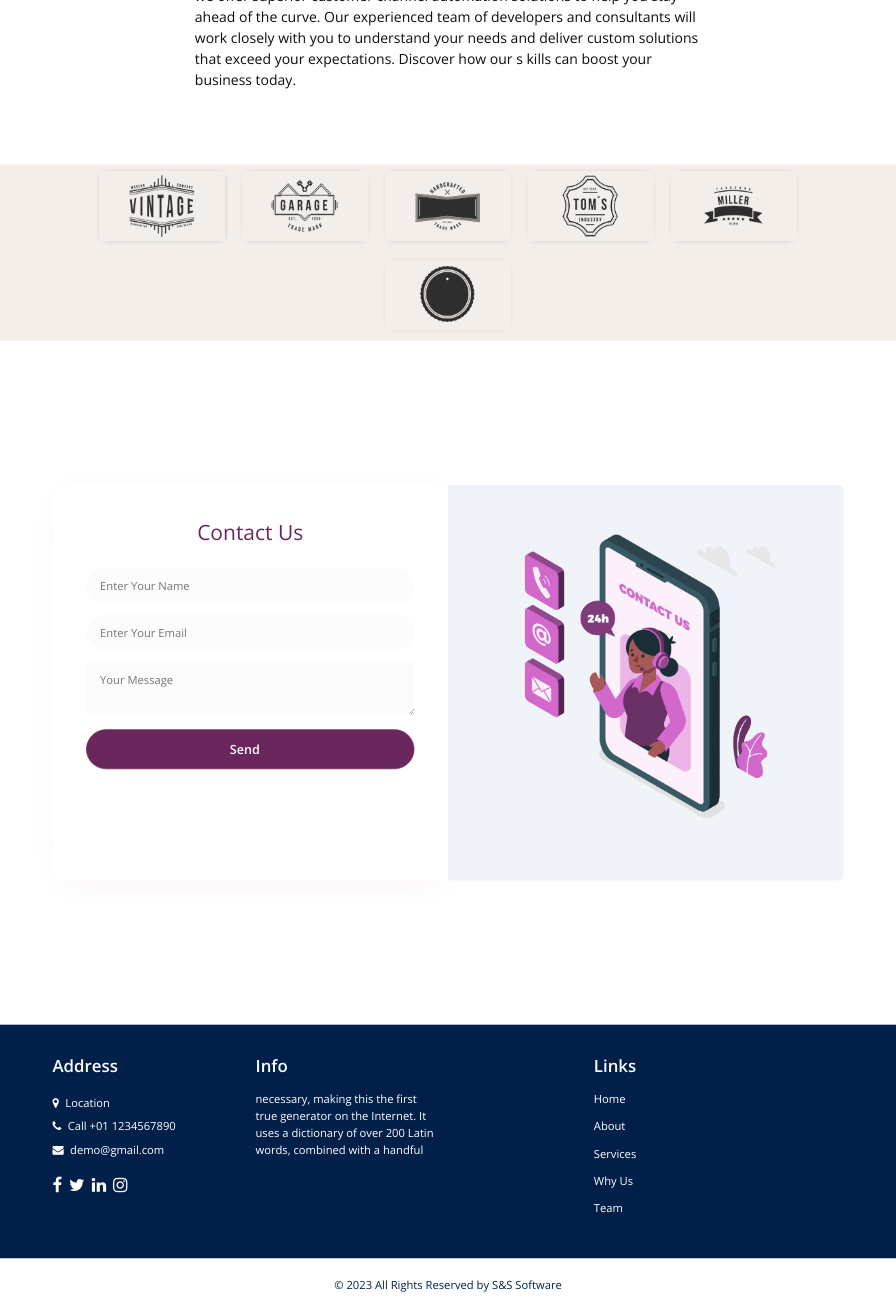
Repository: samuelsns/S-S-Software
Page: index.html
An editor plug-in stored every save of this project. The page is shown before and after the next save, followed by the edit.
The browser window is 1280 px wide. The pictures show the part of the page from y = 2977 to 4897 px (the page is 4849 px tall before and 5029 px after), at 70% of full size.

Above is the page before, as saved 2023-12-01 02:47:27.

### index.html
<!DOCTYPE html>
<html>
  <head>
    <!-- Basic -->
    <meta charset="utf-8" />
    <meta http-equiv="X-UA-Compatible" content="IE=edge" />
    <!-- Mobile Metas -->
    <meta
      name="viewport"
      content="width=device-width, initial-scale=1, shrink-to-fit=no"
    />
    <!-- Site Metas -->
    <meta name="keywords" content="" />
    <meta name="description" content="" />
    <meta name="author" content="" />
    <link rel="shortcut icon" href="images/favicon.png" type="" />

    <title>S&S</title>

    <!-- bootstrap core css -->
    <link rel="stylesheet" type="text/css" href="css/bootstrap.css" />

    <!-- fonts style -->
    <link
      href="https://fonts.googleapis.com/css2?family=Roboto:wght@400;500;700;900&display=swap"
      rel="stylesheet"
    />

    <!--owl slider stylesheet -->
    <link
      rel="stylesheet"
      type="text/css"
      href="https://cdnjs.cloudflare.com/ajax/libs/OwlCarousel2/2.3.4/assets/owl.carousel.min.css"
    />

    <!-- font awesome style -->
    <link href="css/font-awesome.min.css" rel="stylesheet" />

    <!-- Custom styles for this template -->
    <link href="css/style.css" rel="stylesheet" />
    <!-- responsive style -->
    <link href="css/responsive.css" rel="stylesheet" />
  </head>

  <body>
    <div class="hero_area">
      <div class="hero_bg_box">
        <div class="bg_img_box">
          <img src="images/hero-bg.png" alt="" />
        </div>
      </div>

      <!-- header section strats -->
      <header class="header_section">
        <div class="container-fluid">
          <nav class="navbar navbar-expand-lg custom_nav-container">
            <a class="navbar-brand" href="index.html">
              <span> S & S </span>
            </a>

            <button
              class="navbar-toggler"
              type="button"
              data-toggle="collapse"
              data-target="#navbarSupportedContent"
              aria-controls="navbarSupportedContent"
              aria-expanded="false"
              aria-label="Toggle navigation"
            >
              <span class=""> </span>
            </button>

            <div class="collapse navbar-collapse" id="navbarSupportedContent">
              <div class="collapse navbar-collapse" id="navbarSupportedContent">
                <ul class="navbar-nav  ">
                  <li class="nav-item active">
                    <a class="nav-link" href="index.html">Home <span class="sr-only">(current)</span></a>
                  </li>
                  <li class="nav-item">
                    <a class="nav-link" href="about.html"> About</a>
                  </li>
                  <li class="nav-item">
                    <a class="nav-link" href="service.html">Services</a>
                  </li>
                  <li class="nav-item">
                    <a class="nav-link" href="work.html">Our Work</a>
                  </li>
                </ul>
            </div>
          </nav>
        </div>
      </header>
      <!-- end header section -->
      <!-- slider section -->
      <section class="slider_section">
        <div id="customCarousel1" class="carousel slide" data-ride="carousel">
          <div class="carousel-inner">
            <div class="carousel-item active">
              <div class="container">
                <div class="row">
                  <div class="col-md-6">
                    <div class="detail-box">
                      <h1>
                        Empowering Businesses with Cutting Edge Automation
                        Solutions
                      </h1>
                      <p>Empower your business with cutting-edge automation
                        solutions from S & S Software. Our innovative cloud,
                        AI, and communication solutions streamline operations,
                        optimize customer engagement, and drive growth.</p>
                      <div class="btn-box">
                        <a href="" class="btn1"> Read More </a>
                      </div>
                    </div>
                  </div>
                  <div class="col-md-6">
                    <div class="img-box">
                      <img src="images/slider-img.png" alt="" />
                    </div>
                  </div>
                </div>
              </div>
            </div>
            <div class="carousel-item">
              <div class="container">
                <div class="row">
                  <div class="col-md-6">
                    <div class="detail-box">
                      <h1>
                        Transform Customer Interactions with AI-Powered Chat & Voice Bots
                      </h1>
                      <p>
                        Elevate customer experiences with our advanced chat and voice
                        bots. Powered by artificial intelligence, personalized interactions,
                        and seamless communication.
                      </p>
                      <div class="btn-box">
                        <a href="" class="btn1"> Read More </a>
                      </div>
                    </div>
                  </div>
                  <div class="col-md-6">
                    <div class="img-box">
                      <img src="images/slider2-img.png" alt="" />
                    </div>
                  </div>
                </div>
              </div>
            </div>
            <div class="carousel-item">
              <div class="container">
                <div class="row">
                  <div class="col-md-6">
                    <div class="detail-box">
                      <h1>
                        Embrace the Future of Business with Cloud-Powered Automation
                      </h1>
                      <p>
                        Harness the power of cloud technology to transform your
                        business. Our Google Cloud Platform expertise empowers
                        you to securely store data, collaborate effectively,
                        and maximize efficiency.
                      </p>
                      <div class="btn-box">
                        <a href="" class="btn1"> Read More </a>
                      </div>
                    </div>
                  </div>
                  <div class="col-md-6">
                    <div class="img-box">
                      <img src="images/slider3-img.png" alt="" />
                    </div>
                  </div>
                </div>
              </div>
            </div>
          </div>
          <ol class="carousel-indicators">
            <li
              data-target="#customCarousel1"
              data-slide-to="0"
              class="active"
            ></li>
            <li data-target="#customCarousel1" data-slide-to="1"></li>
            <li data-target="#customCarousel1" data-slide-to="2"></li>
          </ol>
        </div>
      </section>
      <!-- end slider section -->
    </div>

    <!-- service section -->

    <section class="service_section layout_padding">
      <div class="service_container">
        <div class="container">
          <div class="heading_container heading_center">
            <h2>Our <span>Services</span></h2>
            <p>
              There are many variations of passages of Lorem Ipsum available,
              but the majority have suffered alteration
            </p>
          </div>
          <div class="row">
            <div class="col-md-4">
              <div class="box">
                <div class="img-box">
                  <img src="images/cloud.png" alt="" />
                </div>
                <div class="detail-box">
                  <h5>Cloud Services (GCP)</h5>
                  <p>
                    With our expertise in Google Cloud Platform,
                    we help businesses leverage the power of the
                    cloud to securely store data, improve
                    collaboration and maximize efficiency
                  </p>
                  <a href=""> Read More </a>
                </div>
              </div>
            </div>
            <div class="col-md-4">
              <div class="box">
                <div class="img-box">
                  <img src="images/ai.png" alt="" />
                </div>
                <div class="detail-box">
                  <h5>AI-Based Solutions (Dialogflow)</h5>
                  <p>
                    Harness the power of Dialogflow to build
                    engaging voice and text-based conversational
                    interfaces, such as voice apps and chatbots,
                    fueled by artificial intelligence.
                  </p>
                  <a href=""> Read More </a>
                </div>
              </div>
            </div>
            <div class="col-md-4">
              <div class="box">
                <div class="img-box">
                  <img src="images/app.png" alt="" />
                </div>
                <div class="detail-box">
                  <h5>Application Development (NodeJS)</h5>
                  <p>
                    Our skilled team utilizes NodeJS to create
                    scalable and high-performing real-time
                    applications tailored to meet your unique
                    business needs.
                  </p>
                  <a href=""> Read More </a>
                </div>
              </div>
            </div>

            <div class="col-md-4">
              <div class="box">
                <div class="img-box">
                  <img src="images/api.png" alt="" />
                </div>
                <div class="detail-box">
                  <h5>Communication APIs (Twilio)</h5>
                  <p>
                    Enhance your customer communication through
                    the integration of Twilio. From voice,
                    messaging, video, and more, we strive to
                    make your business communication swift and seamless.
                  </p>
                  <a href=""> Read More </a>
                </div>
              </div>
            </div>

            <div class="col-md-4">
              <div class="box">
                <div class="img-box">
                  <img src="images/voice.png" alt="" />
                </div>
                <div class="detail-box">
                  <h5>Chatbot & Voicebot Solutions</h5>
                  <p>
                    Our advanced chatbot and voicebot solutions
                    are designed to enrich customer interaction,
                    automate customer support, and drive efficiency.
                  </p>
                  <a href=""> Read More </a>
                </div>
              </div>
            </div>
          </div>
          <div class="btn-box">
            <a href=""> View All </a>
          </div>
        </div>
      </div>
    </section>

    <!-- end service section -->

    <!-- about section -->

    <section class="about_section layout_padding">
      <div class="container">
        <div class="row">
          <div class="col-md-6">
            <div class="img-box">
              <img src="images/about-img.png" alt="" />
            </div>
          </div>
          <div class="col-md-6">
            <div class="detail-box">
              <div class="heading_container heading_center">
                <h2>About <span>Us</span></h2>
              </div>
              <p>
                S & S Software is your trusted partner in automation
                technology, providing state-of-the-art solutions to
                streamline operations, optimize customer engagement,
                and give your business a competitive edge. Leveraging
                advanced technologies like GCP, Dialogflow, NodeJS,
                Twilio, and sophisticated chat and voice bots, we
                empower businesses to harness the power of the cloud,
                build engaging AI-based conversational interfaces,
                create scalable real-time applications, enhance customer
                communication, and automate customer support. Our
                experienced team of developers and consultants
                collaborates closely with you to understand your
                unique needs and deliver custom solutions that exceed
                your expectations. Discover how S & S Software can
                transform your business today.
              </p>
              <a href="about.html"> Read More </a>
            </div>
          </div>
        </div>
      </div>
    </section>

    <!-- end about section -->

    <!-- why section -->

    <section class="why_section layout_padding">
      <div class="container">
        <div class="heading_container heading_center">
          <h2>Why Choose <span>Us</span></h2>
        </div>
        <div class="col-md-8">
          <div class="box">
            <p>
              At S & S Software, we understand that technology drives business.
              That's why we offer superior customer channel automation solutions
              to help you stay ahead of the curve. Our experienced team of
              developers and consultants will work closely with you to
              understand your needs and deliver custom solutions that exceed
              your expectations. Discover how our s kills can boost your
              business today.
            </p>
          </div>
        </div>
      </div>
    </section>

    <!-- end why section -->

    <!-- client section -->
    <section class="client_section layout_padding4">
      <div class="container">
        <div class="heading_container heading_center">
          <div class="our-clients">
            <ul>
              <li> <img src="images/1.png" alt=""> <img src="images/1-1.png" alt=""> </li>
              <li> <img src="images/2.png" alt=""> <img src="images/2-2.png" alt=""> </li>
              <li> <img src="images/3.png" alt=""> <img src="images/3-3.png" alt=""> </li>
              <li> <img src="images/4.png" alt=""> <img src="images/4-4.png" alt=""> </li>
              <li> <img src="images/5.png" alt=""> <img src="images/5-5.png" alt=""> </li>
              <li> <img src="images/6.png" alt=""> <img src="images/6-6.png" alt=""> </li>
            </ul>
          </div>
        </div>
      </div>
    </section>
    <!-- end client section -->

      <!-- contact section -->

  <section class="contact_section layout_padding">
    <div class="contact-form">
      <h1>Contact Us</h1>
      <div class="container">
          <div class="main">
              <div class="content">
                  <h2>Contact Us</h2>
                  <form action="#" method="post">
                      <input type="text" name="name" placeholder="Enter Your Name">

                      <input type="email" name="name" placeholder="Enter Your Email">
                      <textarea name="message" placeholder="Your Message"></textarea>
           <button type="submit" class="btn">Send <i class="fas fa-paper-plane"></i></button>
                  </form>
              </div>
              <div class="form-img">
                  <img src="images/contact.png" alt="">
              </div>
          </div>
      </div>
    </div>
  </section>

  <!-- end contact section -->

    <!-- info section -->

    <section class="info_section layout_padding2">
      <div class="container">
        <div class="row">
          <div class="col-md-6 col-lg-3 info_col">
            <div class="info_contact">
              <h4>Address</h4>
              <div class="contact_link_box">
                <a href="">
                  <i class="fa fa-map-marker" aria-hidden="true"></i>
                  <span> Location </span>
                </a>
                <a href="">
                  <i class="fa fa-phone" aria-hidden="true"></i>
                  <span> Call +01 1234567890 </span>
                </a>
                <a href="">
                  <i class="fa fa-envelope" aria-hidden="true"></i>
                  <span> demo@gmail.com </span>
                </a>
              </div>
            </div>
            <div class="info_social">
              <a href="">
                <i class="fa fa-facebook" aria-hidden="true"></i>
              </a>
              <a href="">
                <i class="fa fa-twitter" aria-hidden="true"></i>
              </a>
              <a href="">
                <i class="fa fa-linkedin" aria-hidden="true"></i>
              </a>
              <a href="">
                <i class="fa fa-instagram" aria-hidden="true"></i>
              </a>
            </div>
          </div>
          <div class="col-md-6 col-lg-3 info_col">
            <div class="info_detail">
              <h4>Info</h4>
              <p>
                necessary, making this the first true generator on the Internet.
                It uses a dictionary of over 200 Latin words, combined with a
                handful
              </p>
            </div>
          </div>
          <div class="col-md-6 col-lg-2 mx-auto info_col">
            <div class="info_link_box">
              <h4>Links</h4>
              <div class="info_links">
                <a class="active" href="index.html"> Home </a>
                <a class="" href="about.html"> About </a>
                <a class="" href="service.html"> Services </a>
                <a class="" href="why.html"> Why Us </a>
                <a class="" href="team.html"> Team </a>
              </div>
            </div>
          </div>

        </div>
      </div>
    </section>

    <!-- end info section -->

    <!-- footer section -->
    <section class="footer_section">
      <div class="container">
        <p>
          &copy; <span id="displayYear"></span> All Rights Reserved by S&S
          Software
        </p>
      </div>
    </section>
    <!-- footer section -->

    <!-- jQery -->
    <script type="text/javascript" src="js/jquery-3.4.1.min.js"></script>
    <!-- popper js -->
    <script
      src="https://cdn.jsdelivr.net/npm/popper.js@1.16.0/dist/umd/popper.min.js"
      integrity="sha384-Q6E9RHvbIyZFJoft+2mJbHaEWldlvI9IOYy5n3zV9zzTtmI3UksdQRVvoxMfooAo"
      crossorigin="anonymous"
    ></script>
    <!-- bootstrap js -->
    <script type="text/javascript" src="js/bootstrap.js"></script>
    <!-- owl slider -->
    <script
      type="text/javascript"
      src="https://cdnjs.cloudflare.com/ajax/libs/OwlCarousel2/2.3.4/owl.carousel.min.js"
    ></script>
    <!-- custom js -->
    <script type="text/javascript" src="js/custom.js"></script>
  </body>
</html>

Loaded but not shown: css/bootstrap.css (library); css/font-awesome.min.css (library); js/jquery-3.4.1.min.js (library); js/bootstrap.js (library); js/custom.js (43 lines, source omitted); css/style.css (863 lines, source omitted); css/responsive.css (143 lines, source omitted)

After the next save:
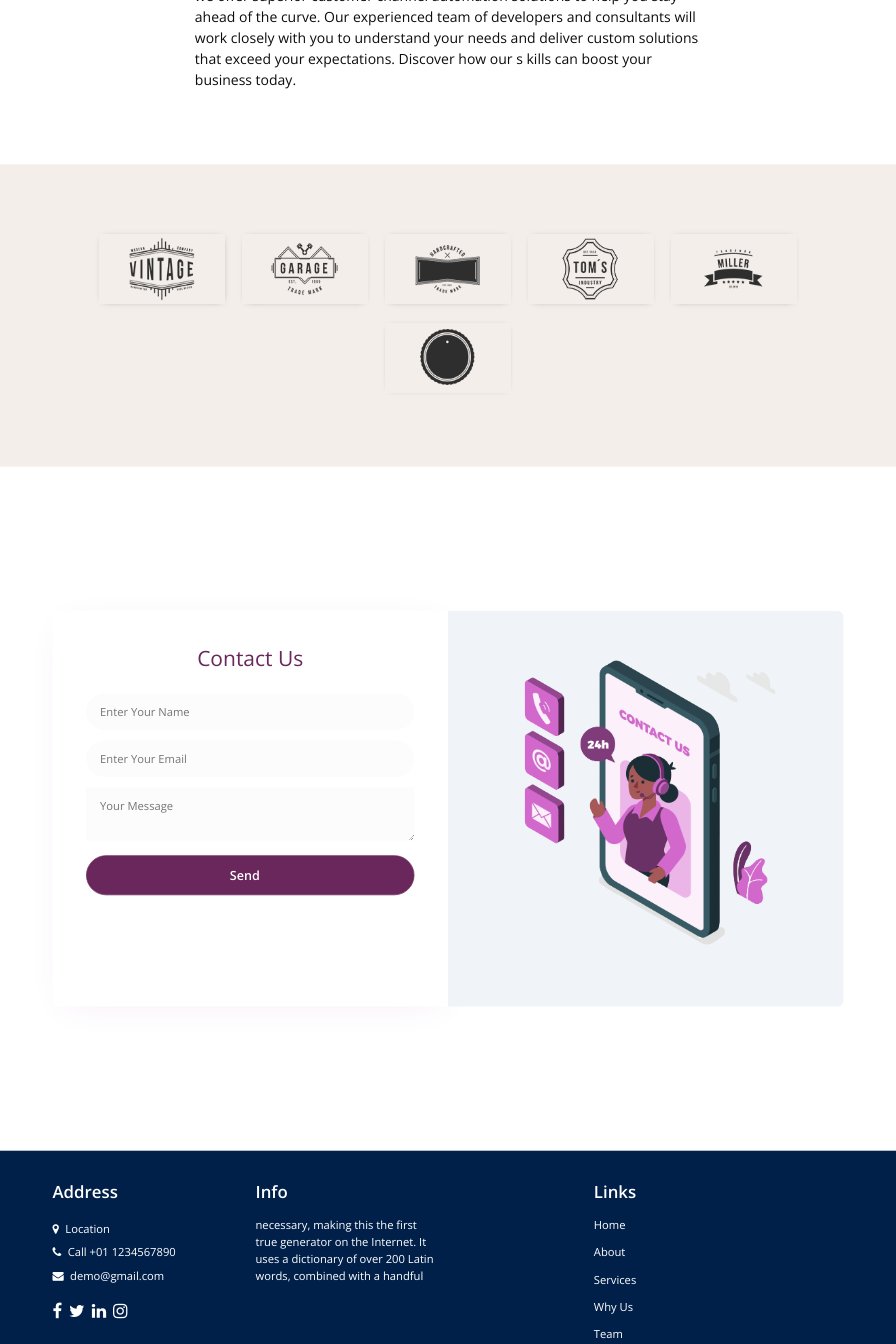
Saved 11 s later.
--- a/index.html
+++ b/index.html
@@ -365,7 +365,7 @@
     <!-- end why section -->
 
     <!-- client section -->
-    <section class="client_section layout_padding4">
+    <section class="client_section layout_padding">
       <div class="container">
         <div class="heading_container heading_center">
           <div class="our-clients">

After the save that followed:
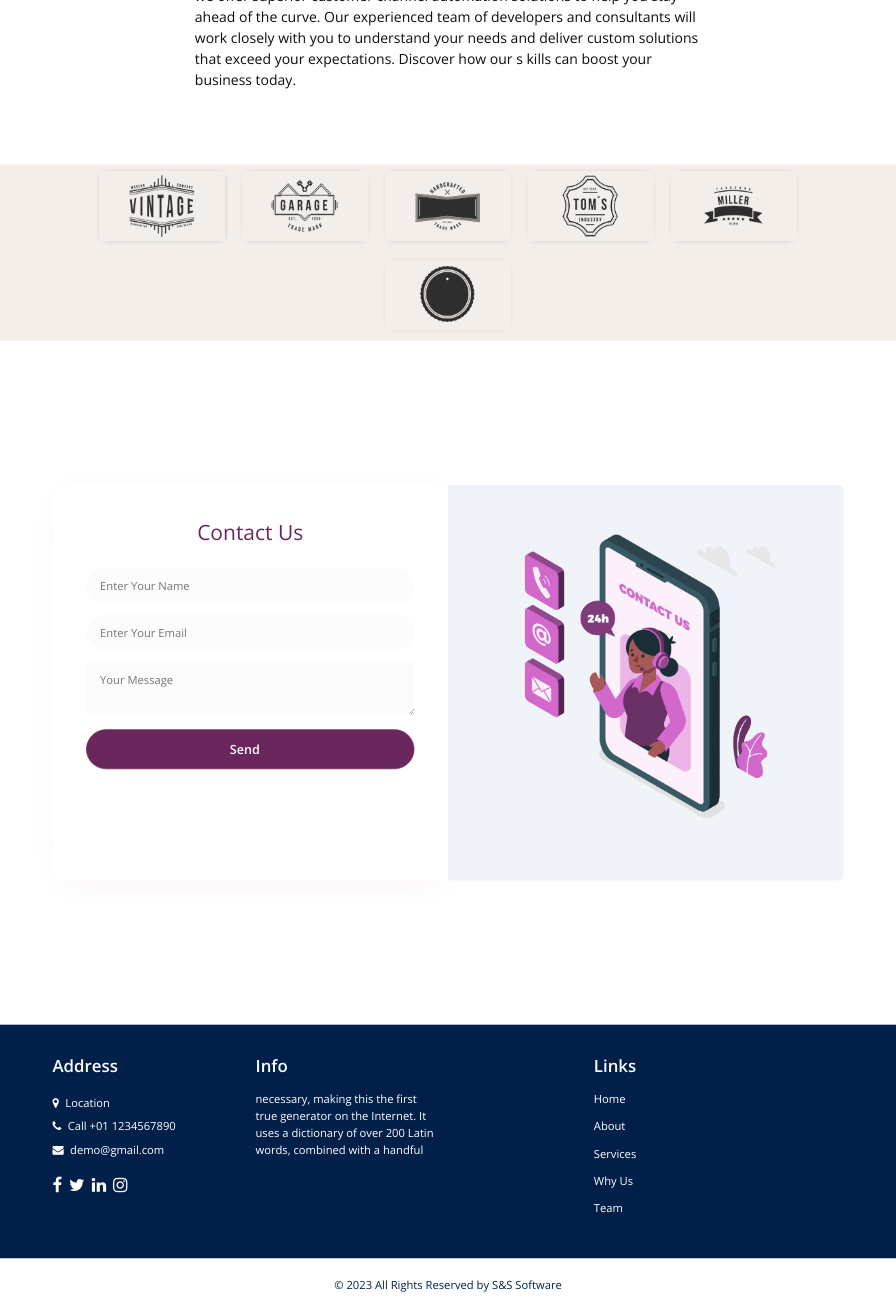
Saved 2 min 31 s later.
--- a/index.html
+++ b/index.html
@@ -365,7 +365,7 @@
     <!-- end why section -->
 
     <!-- client section -->
-    <section class="client_section layout_padding">
+    <section class="client_section layout_padding-sm">
       <div class="container">
         <div class="heading_container heading_center">
           <div class="our-clients">
